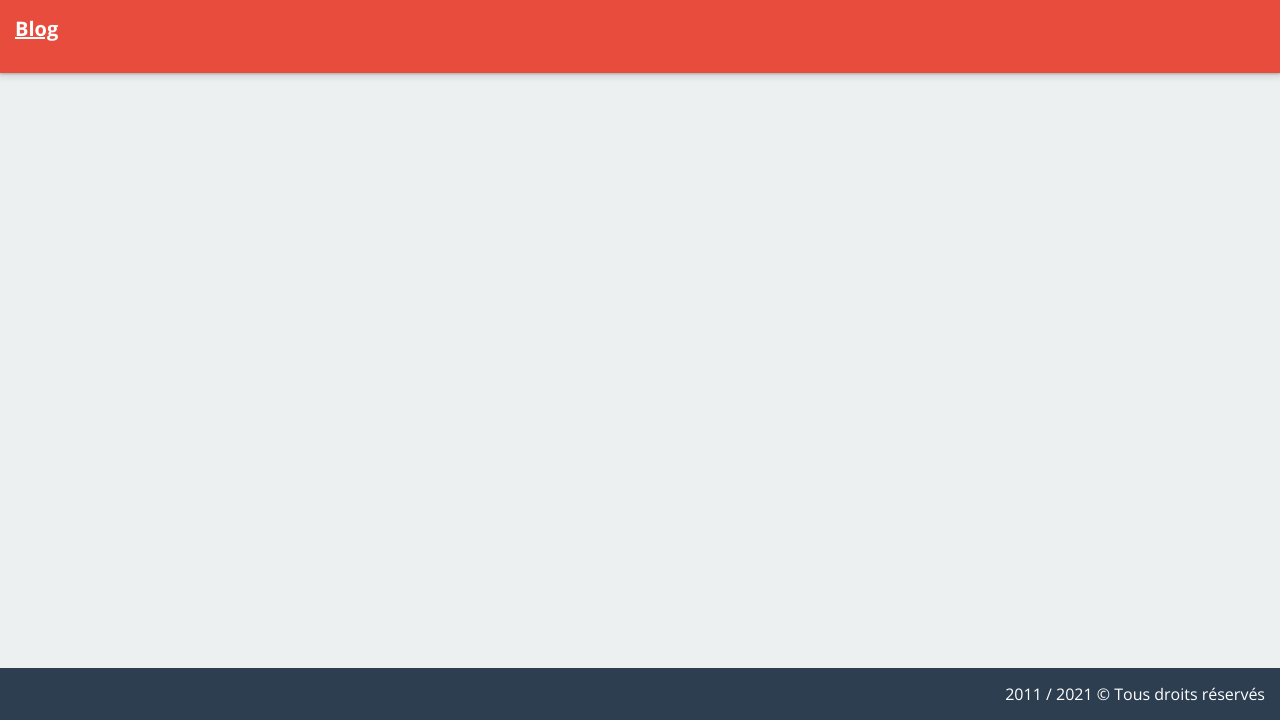
Repository: Yannis699/Projet_blog
Page: http://localhost/add-article.php
An editor plug-in stored every save of this project. The page is shown before and after the next save, followed by the edit.
The browser window is 1280 px wide. The pictures show the whole page.
The page is run by PHP 8.4 with error messages shown; the project is at /var/www/html/.

Above is the page before, as saved 2022-05-19 21:09:34.

After the next save:
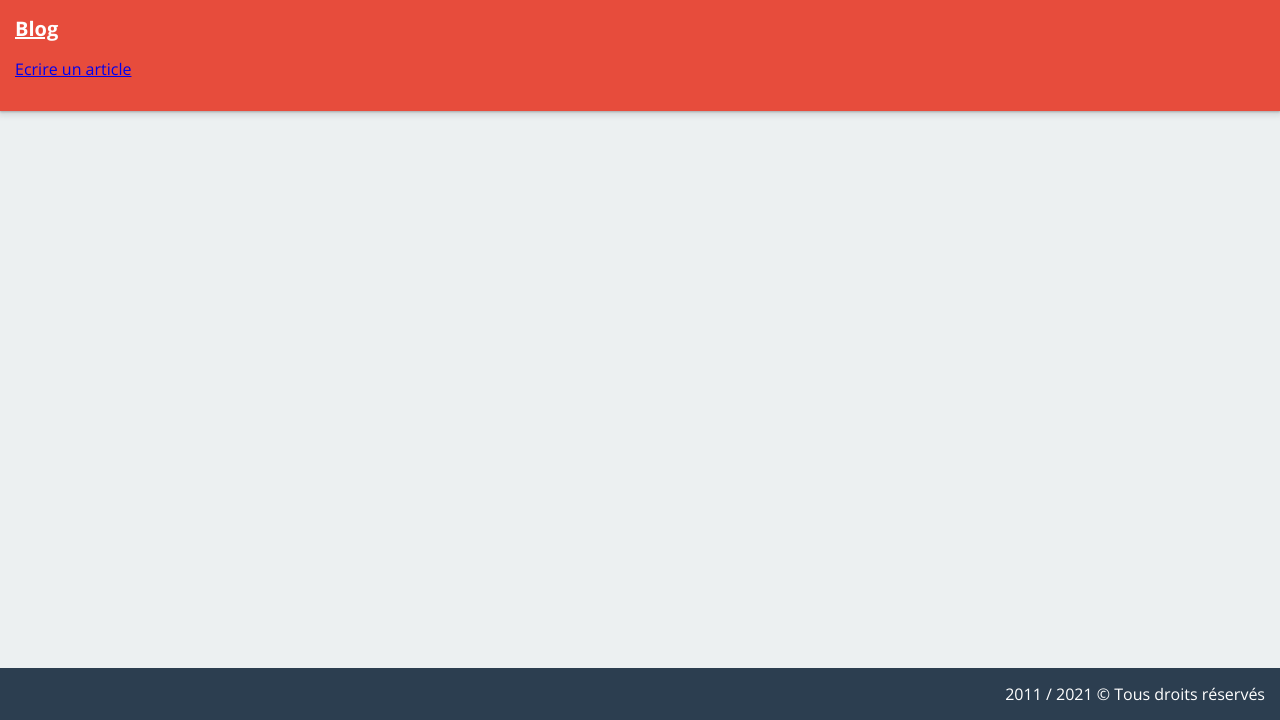
Saved 5 s later.
--- a/blog/includes/header.php
+++ b/blog/includes/header.php
@@ -2,7 +2,7 @@
    <a href="/" class="logo">Blog</a>
    <ul>
        <li>
-           <a href="/add-article.php"> </a>
+           <a href="/add-article.php"> Ecrire un article </a>
        </li>
    </ul>
 </header>
